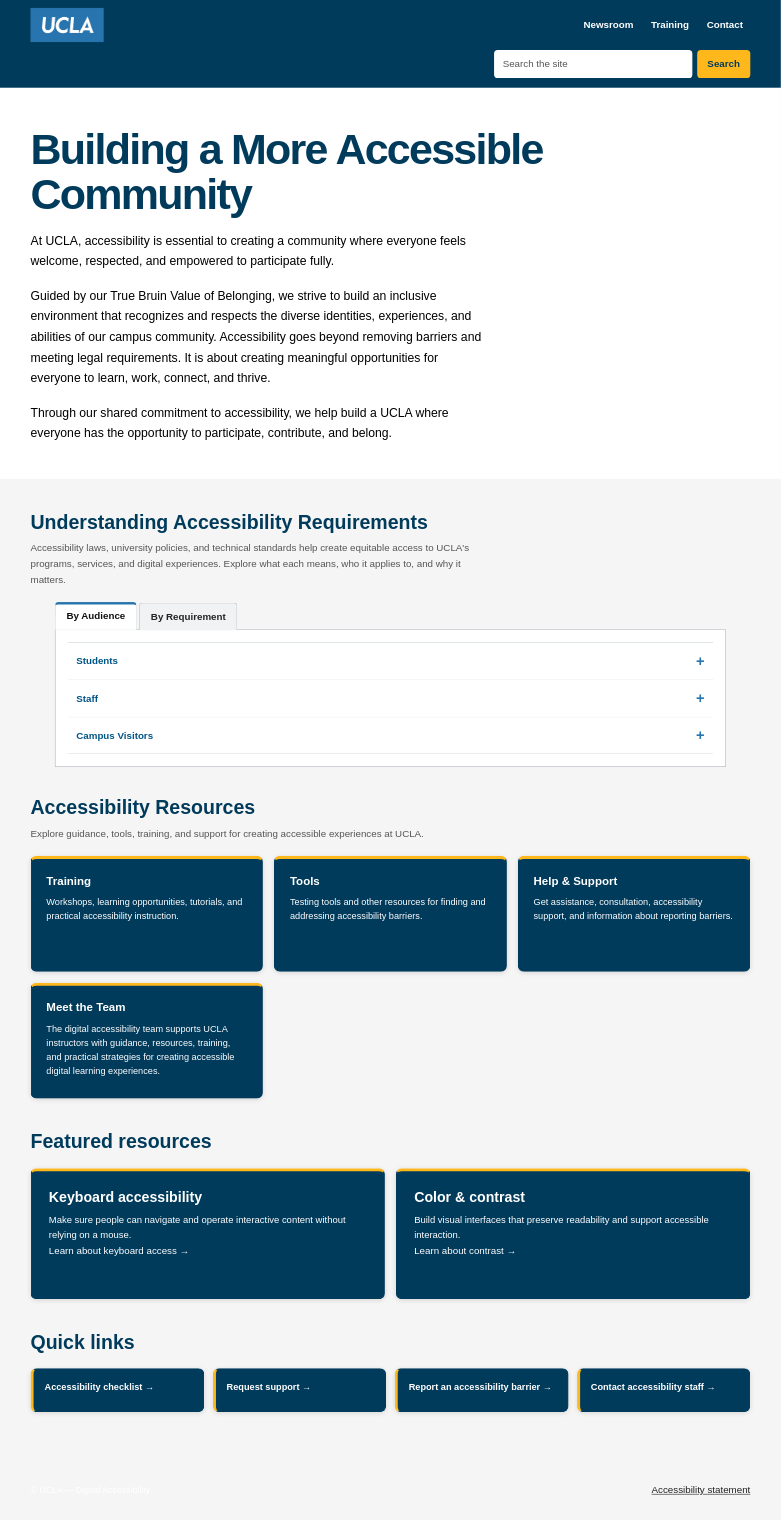
Repository: PSunnywell/UCLA-A11y-barrier-page
Page: index_tabs_with_accordions.html
An editor plug-in stored every save of this project. The page is shown before and after the next save, followed by the edit.
The browser window is 1280 px wide. The pictures show the whole page, at 61% of full size.

Above is the page before, as saved 2026-10-13 17:09:07.
Not found: search.js

### index_tabs_with_accordions.html
<!DOCTYPE html>
<html lang="en">
<head>
  <meta charset="UTF-8">
  <meta name="viewport" content="width=device-width, initial-scale=1.0">
  <meta name="description" content="Accessibility Resources for UCLA">
  <title>Accessibility Resources</title>
  <link rel="stylesheet" href="styles.css">
  <style>
    /* Classic attached tabs, styled to match the reference image. */
    .requirements-tabs { max-width: 1100px; margin: 1.5rem auto 3rem; font-family: inherit; }
    .requirements-tablist { display: flex; align-items: flex-end; flex-wrap: wrap; gap: 4px; padding: 0; border-bottom: 1px solid #aeb6bf; }
    .requirements-tab { appearance: none; border: 1px solid #b5bac1; border-bottom: 0; border-radius: 6px 6px 0 0; background: #f1f2f4; color: #242424; font: inherit; font-weight: 600; font-size: 1rem; line-height: 1.3; padding: 12px 18px; margin: 0 0 -1px; cursor: pointer; }
    .requirements-tab[aria-selected="true"] { background: #fff; color: #111; border-top: 4px solid #2774ae; padding-top: 9px; border-bottom: 1px solid #fff; position: relative; z-index: 1; }
    .requirements-tab:hover:not([aria-selected="true"]) { background: #e5edf4; }
    .requirements-tab:focus-visible { outline: 3px solid #005587; outline-offset: 2px; z-index: 2; }
    .requirements-tabs > .requirements-panel { border: 1px solid #aeb6bf; border-top: 0; padding: 20px; background: #fff; }
    /* Simple accordion rows inside each top-level tab. */
    .requirements-accordion { border-bottom: 1px solid #c9d1d8; }
    .requirements-accordion:first-child { border-top: 1px solid #c9d1d8; }
    .requirements-accordion summary { cursor: pointer; list-style: none; display: flex; align-items: center; justify-content: space-between; gap: 1rem; padding: 17px 14px; font-weight: 600; color: #005587; background: #fff; }
    .requirements-accordion summary::-webkit-details-marker { display: none; }
    .requirements-accordion summary::after { content: "+"; font-size: 1.5rem; line-height: 1; color: #2774ae; }
    .requirements-accordion[open] summary::after { content: "−"; }
    .requirements-accordion summary:hover { background: #f3f8fc; }
    .requirements-accordion summary:focus-visible { outline: 3px solid #005587; outline-offset: -3px; }
    .requirements-accordion-content { padding: 0 14px 16px; }
    .requirements-panel[hidden] { display: none; }
    .requirements-panel p { line-height: 1.65; max-width: 72ch; margin: 0 0 .8rem; }
    .requirements-panel h3 { color: #005587; margin: 0 0 .65rem; font-size: 1.2rem; }
    @media (max-width: 600px) { .requirements-tab { padding: 10px 12px; font-size: .9rem; } .requirements-tab[aria-selected="true"] { padding-top: 7px; } .requirements-tabs > .requirements-panel { padding: 14px; } }
  </style>
</head>
<body>
  <a class="skip-link" href="#main-content">Skip to main content</a>

  <header class="site-header">
    <div class="header-inner">
      <a class="site-brand" href="ucla.edu" aria-label="UCLA home">
        <img class="site-brand-logo" src="images/logo_UCLA_blue_boxed.png" alt="UCLA">

      </a>
      <nav class="primary-nav" aria-label="Primary navigation">

        <ul>
          <li><a href="https://newsroom.ucla.edu/">Newsroom</a></li>
          <li><a href="training.html">Training</a></li>
          <li><a href="contact.html">Contact</a></li>
        </ul>
      </nav>
    </div>

    <div class="site-search-row">
      <search class="site-search" role="search">
        <form action="search.html" method="get">
          <label for="site-search-input">Search the site</label>
          <input id="site-search-input" name="q" type="search" placeholder="Search the site" autocomplete="off">
          <button type="submit">Search</button>
        </form>
      </search>
    </div>
  </header>


  <!-- =======================================================
       HERO
       ======================================================= -->

  <section class="hero" aria-labelledby="page-title">

    <div class="hero-inner">

            <h1 id="page-title">
       Building a More Accessible Community
      </h1>

      <p>At UCLA, accessibility is essential to creating a community where everyone feels welcome, respected, and empowered to participate fully.</p>

<p>Guided by our True Bruin Value of Belonging, we strive to build an inclusive environment that recognizes and respects the diverse identities, experiences, and abilities of our campus community. Accessibility goes beyond removing barriers and meeting legal requirements. It is about creating meaningful opportunities for everyone to learn, work, connect, and thrive.</p>

<p>Through our shared commitment to accessibility, we help build a UCLA where everyone has the opportunity to participate, contribute, and belong.</p>


    </div>

  </section>


  <!-- =======================================================
       MAIN
       ======================================================= -->

  <main id="main-content">


    <!-- =====================================================
         PRIMARY RESOURCE CARDS
         ===================================================== -->

    <section aria-labelledby="requirements-heading">

      <div class="section-heading">
        <h2 id="requirements-heading">Understanding Accessibility Requirements</h2>
        <p>Accessibility laws, university policies, and technical standards help create equitable access to UCLA's programs, services, and digital experiences. Explore what each means, who it applies to, and why it matters.</p>
      </div>

      <!-- Two main tabs; each contains three native HTML accordions. -->
      <div class="requirements-tabs">
        <div class="requirements-tablist" role="tablist" aria-label="Browse accessibility requirements">
          <button type="button" class="requirements-tab" id="tab-audience" role="tab" aria-selected="true" aria-controls="panel-audience" tabindex="0">By Audience</button>
          <button type="button" class="requirements-tab" id="tab-requirement" role="tab" aria-selected="false" aria-controls="panel-requirement" tabindex="-1">By Requirement</button>
        </div>

        <div class="requirements-panel" id="panel-audience" role="tabpanel" aria-labelledby="tab-audience" tabindex="0">
          <details class="requirements-accordion">
            <summary>Students</summary>
            <div class="requirements-accordion-content">
              <p>Explore accessibility rights, accommodations, and resources that support participation in courses, campus programs, and university life.</p>
            </div>
          </details>
          <details class="requirements-accordion">
            <summary>Staff</summary>
            <div class="requirements-accordion-content">
              <p>Learn about accessibility responsibilities and support for university workplaces, services, communications, and digital content.</p>
            </div>
          </details>
          <details class="requirements-accordion">
            <summary>Campus Visitors</summary>
            <div class="requirements-accordion-content">
              <p>Find information about access to campus spaces, events, programs, and services when visiting UCLA.</p>
            </div>
          </details>
        </div>
        <div class="requirements-panel" id="panel-requirement" role="tabpanel" aria-labelledby="tab-requirement" tabindex="0" hidden>
          <details class="requirements-accordion">
            <summary>Laws &amp; Regulations</summary>
            <div class="requirements-accordion-content">
              <p>Federal and state requirements, including the ADA and Section 504, establish rights and obligations related to equal access and nondiscrimination.</p>
            </div>
          </details>
          <details class="requirements-accordion">
            <summary>UC Policies</summary>
            <div class="requirements-accordion-content">
              <p>University of California policies describe institutional expectations, responsibilities, and procedures. Check each policy for its scope and applicability.</p>
            </div>
          </details>
          <details class="requirements-accordion">
            <summary>Standards</summary>
            <div class="requirements-accordion-content">
              <p>Technical criteria, such as the Web Content Accessibility Guidelines (WCAG), help teams design and evaluate accessible experiences. Applicable requirements determine which standards are mandatory.</p>
            </div>
          </details>
        </div>
      </div>

      <div class="section-heading">
        <h2 id="resources-heading">Accessibility Resources</h2>
        <p>Explore guidance, tools, training, and support for creating accessible experiences at UCLA.</p>
      </div>

      <div class="card-grid">

        <!-- CARD 1 -->
        <a
          class="resource-card is-dark"
          href="accessible-course-materials1004.html"
        >
          <h3>
           Training
          </h3>

          <p>
             Workshops, learning opportunities, tutorials,
            and practical accessibility instruction.
          </p>
        </a>



        <!-- CARD 2 -->
        <a
          class="resource-card is-dark"
          href="tools.html"
        >
          <h3>
            Tools
          </h3>

          <p>
            Testing tools and other resources for finding
            and addressing accessibility barriers.
          </p>
        </a>

        <!-- CARD 3 -->
        <a
          class="resource-card is-dark"
          href="support.html" >
          <h3>
            Help & Support
          </h3>

          <p>
            Get assistance, consultation, accessibility
            support, and information about reporting barriers.
          </p>
        </a>


        <!-- CARD 4 -->



        <!-- CARD 5 -->


         <!-- CARD 6 -->
        <a
          class="resource-card is-dark"
          href="meet-the-team-wide-cards.html"
        >
          <h3>
            Meet the Team
          </h3>

          <p>
            The digital accessibility team supports UCLA instructors with guidance, resources, training, and practical strategies for creating accessible digital learning experiences.
          </p>
        </a>



      </div>

    </section>
<br>
<br>

    <!-- =====================================================
         FEATURED CONTENT
         ===================================================== -->

    <section aria-labelledby="featured-heading">

      <div class="section-heading">

        <h2 id="featured-heading">
          Featured resources
        </h2>

      </div>


      <div class="feature-grid">


        <a
          class="feature-card blue"
          href="keyboard-accessibility.html"
        >

          <h3>
            Keyboard accessibility
          </h3>

          <p>
            Make sure people can navigate and operate
            interactive content without relying on a mouse.
          </p>

          <span class="card-arrow" aria-hidden="true">
            Learn about keyboard access →
          </span>

        </a>


        <a
          class="feature-card gold"
          href="color-contrast.html"
        >

          <h3>
            Color & contrast
          </h3>

          <p>
            Build visual interfaces that preserve
            readability and support accessible interaction.
          </p>

          <span class="card-arrow" aria-hidden="true">
            Learn about contrast →
          </span>

        </a>

      </div>

    </section>
<br>
<br>

    <!-- =====================================================
         QUICK LINKS
         ===================================================== -->

    <section aria-labelledby="quick-heading">

      <div class="section-heading">

        <h2 id="quick-heading">
          Quick links
        </h2>

      </div>


      <div class="quick-links">

        <a
          class="quick-link"
          href="checklist.html"
        >
          Accessibility checklist →
        </a>

        <a
          class="quick-link"
          href="request-support.html"
        >
          Request support →
        </a>

        <a
          class="quick-link"
          href="report-barrier.html"
        >
          Report an accessibility barrier →
        </a>

        <a
          class="quick-link"
          href="contact.html"
        >
          Contact accessibility staff →
        </a>

      </div>

    </section>

  </main>


  <!-- =======================================================
       FOOTER
       ======================================================= -->

  <footer>

    <div class="footer-inner">

      <p>
        © UCLA — Digital Accessibility
      </p>

      <a
        class="footer-link"
        href="accessibility.html"
      >
        Accessibility statement
      </a>

    </div>

  </footer>

<script src="search.js" defer></script>
  <script>
    // Accessible keyboard navigation for the two main tabs.
    document.querySelectorAll('.requirements-tablist').forEach(tablist => {
      const tabs = Array.from(tablist.querySelectorAll(':scope > [role="tab"]'));
      function activate(tab, moveFocus = false) {
        tabs.forEach(item => {
          const selected = item === tab;
          item.setAttribute('aria-selected', String(selected));
          item.tabIndex = selected ? 0 : -1;
          document.getElementById(item.getAttribute('aria-controls')).hidden = !selected;
        });
        if (moveFocus) tab.focus();
      }
      tabs.forEach((tab, index) => {
        tab.addEventListener('click', () => activate(tab));
        tab.addEventListener('keydown', event => {
          let next;
          if (event.key === 'ArrowRight') next = (index + 1) % tabs.length;
          else if (event.key === 'ArrowLeft') next = (index - 1 + tabs.length) % tabs.length;
          else if (event.key === 'Home') next = 0;
          else if (event.key === 'End') next = tabs.length - 1;
          else return;
          event.preventDefault();
          activate(tabs[next], true);
        });
      });
    });
  </script>
</body>
</html>

Loaded but not shown: styles.css (312 lines, source omitted)

After the next save:
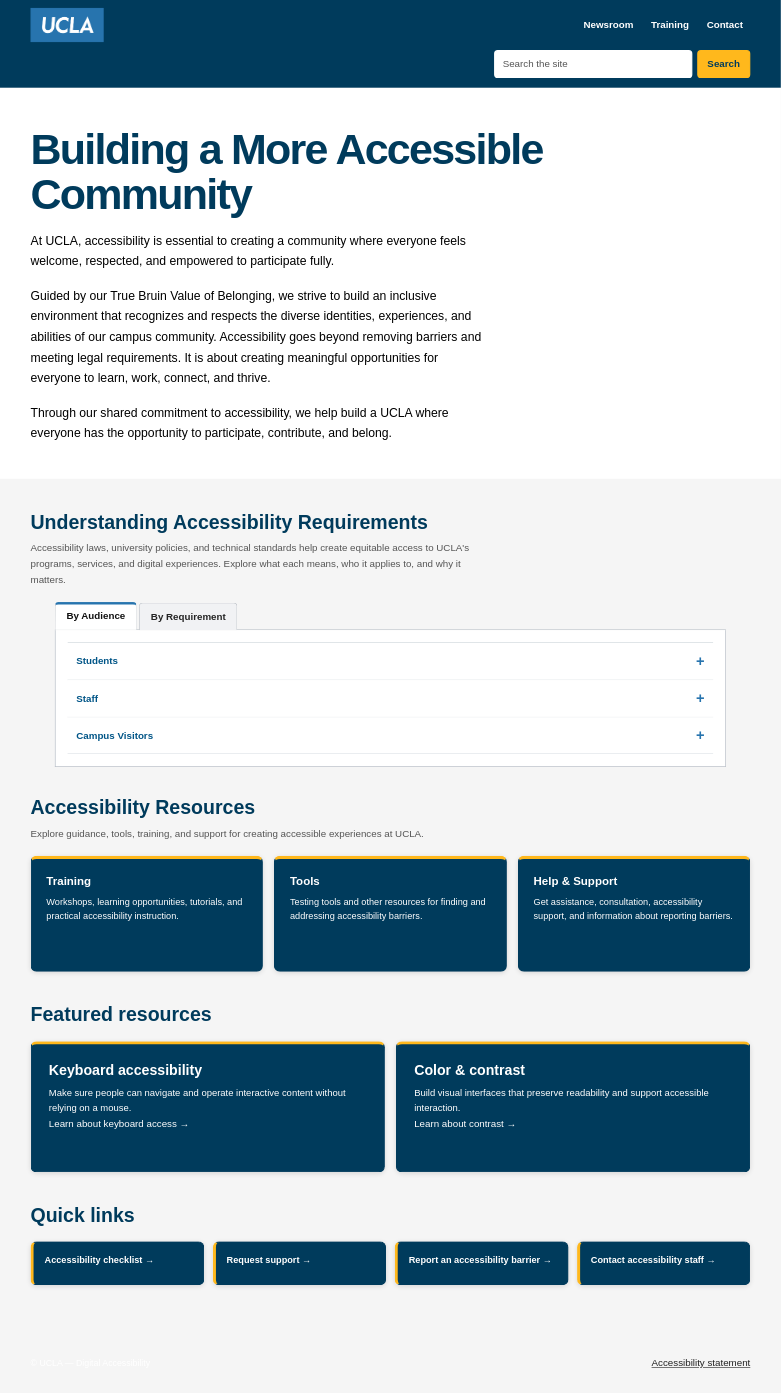
Saved 64 s later.
--- a/index_tabs_with_accordions.html
+++ b/index_tabs_with_accordions.html
@@ -175,8 +175,6 @@
           </p>
         </a>
 
-
-
         <!-- CARD 2 -->
         <a
           class="resource-card is-dark"
@@ -205,29 +203,6 @@
             support, and information about reporting barriers.
           </p>
         </a>
-
-
-        <!-- CARD 4 -->
-
-
-
-        <!-- CARD 5 -->
-
-
-         <!-- CARD 6 -->
-        <a
-          class="resource-card is-dark"
-          href="meet-the-team-wide-cards.html"
-        >
-          <h3>
-            Meet the Team
-          </h3>
-
-          <p>
-            The digital accessibility team supports UCLA instructors with guidance, resources, training, and practical strategies for creating accessible digital learning experiences.
-          </p>
-        </a>
-
 
 
       </div>
